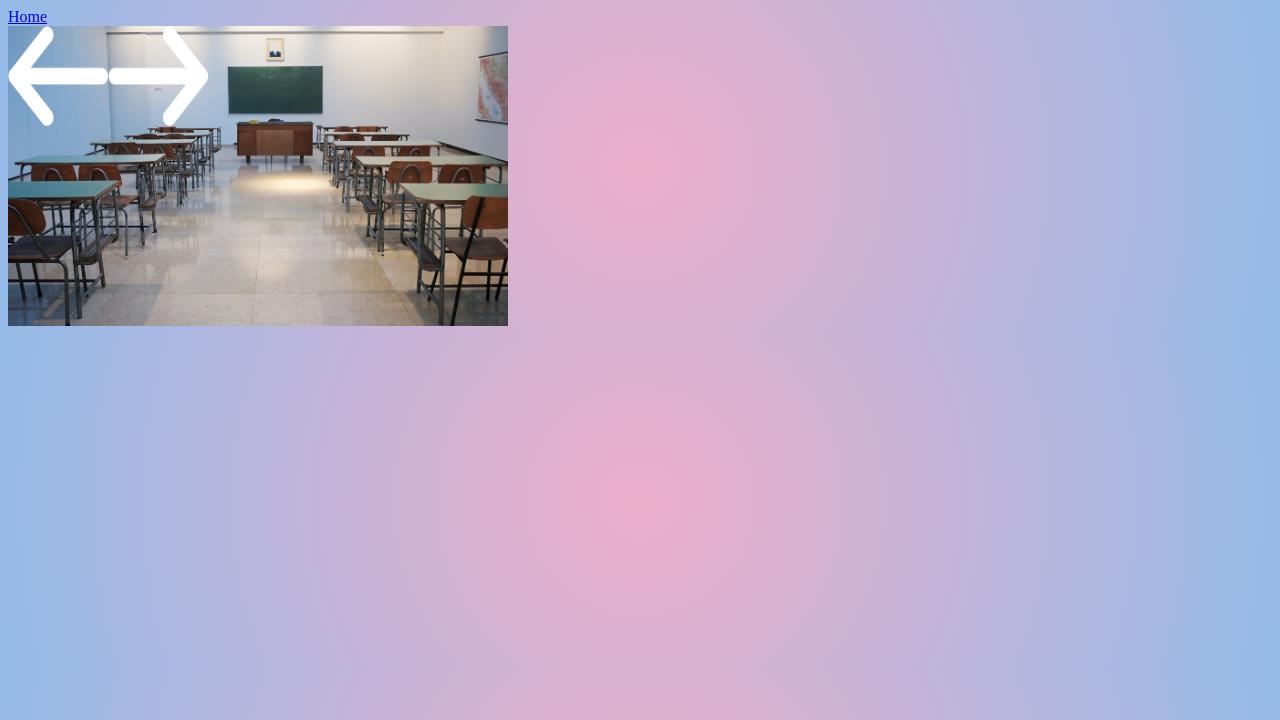
Repository: juliet-jskim/week-8-useEffect-carousel
Page: /carouselPage
These files come from the project's save history. The page is drawn as it stood at one moment and after the next save; the edit follows.
The browser window is 1280 px wide. The pictures show the whole page.
The project was rebuilt for these pictures with package versions that can differ from the ones it lists, and the page was loaded fresh each time. The framework's server and built-in components were replaced by stand-ins that run in the browser. Also part of the build but not shown: next.config.js, styles/CarouselPage.module.css.

Above is the page before, as saved 2023-02-20 23:25:07.

### pages/carouselPage.js
import Link from "next/link"
import Carousel from "@/components/carousel"
import styles from "@/styles/CarouselPage.module.css"

export default function CarouselPage() {
    return (
        <>
        <Link href="/">Home</Link>
        <Carousel/>
        </>
    )
}

### styles/globals.css
:root {
  /** add colors you want to add to all the pages here**/
  background: rgb(238,174,202);
  background: radial-gradient(circle, rgba(238,174,202,1) 0%, rgba(148,187,233,1) 100%);

}

### components/carousel/index.js
import Image from "next/image"
import { useState } from "react"
import styles from '@/components/carousel/Carousel.module.css'

export default function Carousel() {
    const[img, setImg] = useState(0);

    const changeImage = (change) => {
        if(change == "backward") {
            setImg(img - 1);

            if (img == 0) {
                setImg(5); //this will go back to the last image, into a "loop"
            }
            console.log(img);
        } else if (change =="forward") {
            setImg(img + 1);

            if (img == 5) {
                setImg(0) //will go back to the first image into a "loop"
            }
             console.log(img);
        }
    }

    return(
    <>
        <div className={styles.arrows} style={{
                        backgroundImage:"url(/carousel-images/" + img + ".jpg)", // concatenate method
                        backgroundSize:'cover',
                        backgroundRepeat:"no-repeat",
                        width: 500,
                        height: 300
        }}>
            <Image
                src={"/icons/leftArrow.png"}
                alt={"/icons/leftArrow.png"}
                width= {100}
                height= {100}
                onClick={() => changeImage("backward")}
            />

            <Image
                src={"/icons/rightArrow.png"}
                alt={"/icons/rightArrow.png"}
                width= {100}
                height= {100}
                onClick={() => changeImage("forward")}
            />
        </div>
    </>
    )
}

### components/carousel/Carousel.module.css
.arrows{
    display: flex;
    flex-direction: row;
    width: 2rem;
    height: 1rem;
}

Loaded but not shown: pages/_app.js (common file); pages/_document.js (common file)

After the next save:
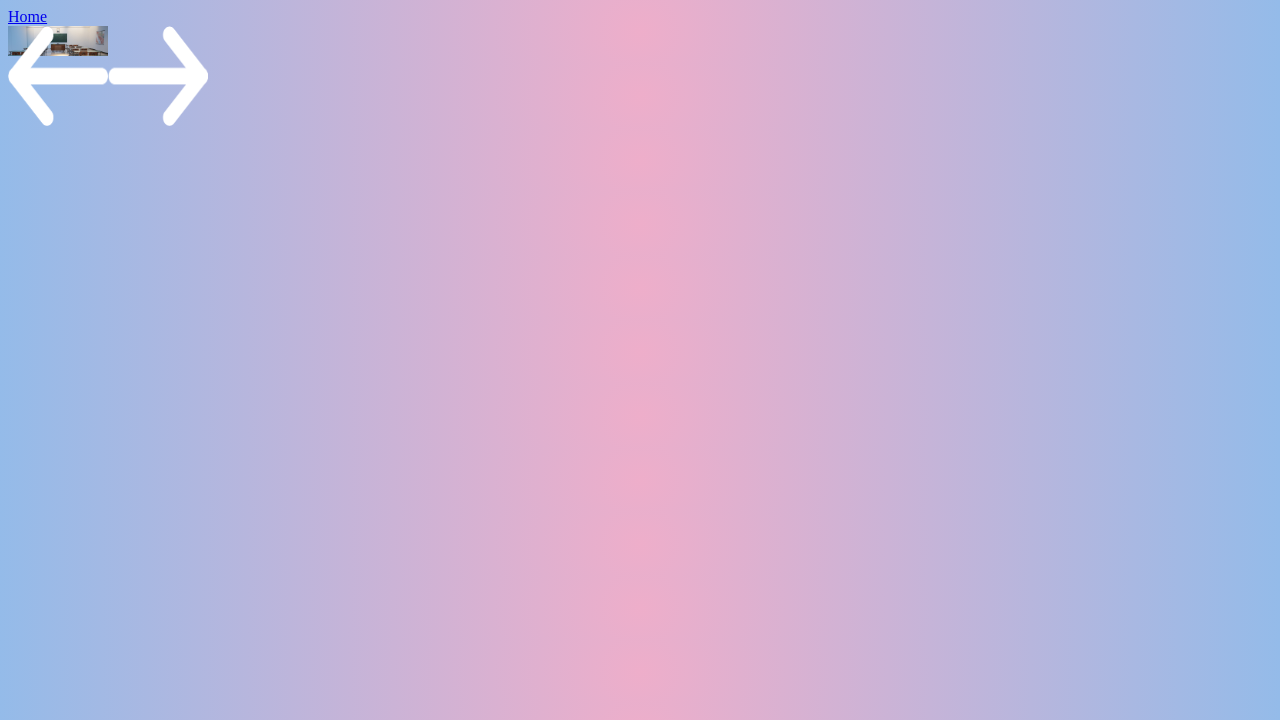
Saved 17 s later.
--- a/components/carousel/index.js
+++ b/components/carousel/index.js
@@ -29,8 +29,8 @@
                         backgroundImage:"url(/carousel-images/" + img + ".jpg)", // concatenate method
                         backgroundSize:'cover',
                         backgroundRepeat:"no-repeat",
-                        width: 500,
-                        height: 300
+                        width: 100,
+                        height: 30
         }}>
             <Image
                 src={"/icons/leftArrow.png"}

After the save that followed:
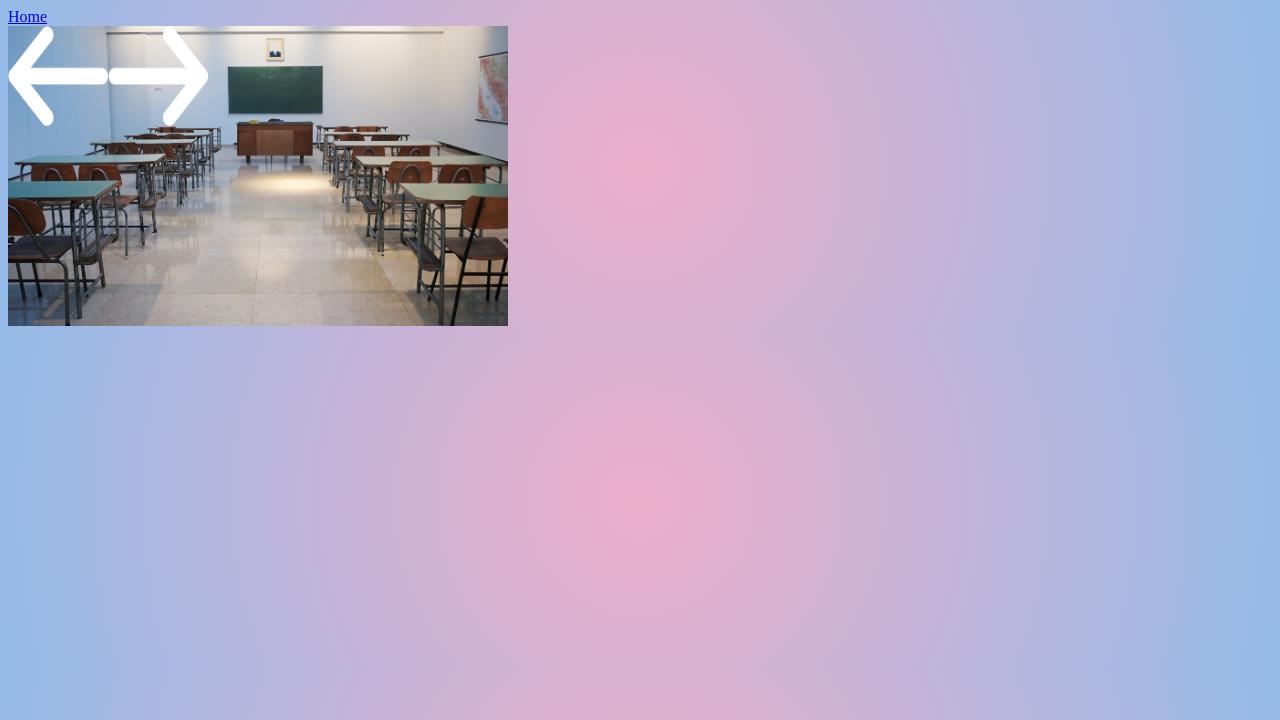
Saved 8 s later.
--- a/components/carousel/index.js
+++ b/components/carousel/index.js
@@ -29,8 +29,8 @@
                         backgroundImage:"url(/carousel-images/" + img + ".jpg)", // concatenate method
                         backgroundSize:'cover',
                         backgroundRepeat:"no-repeat",
-                        width: 100,
-                        height: 30
+                        width: 500,
+                        height: 300
         }}>
             <Image
                 src={"/icons/leftArrow.png"}
